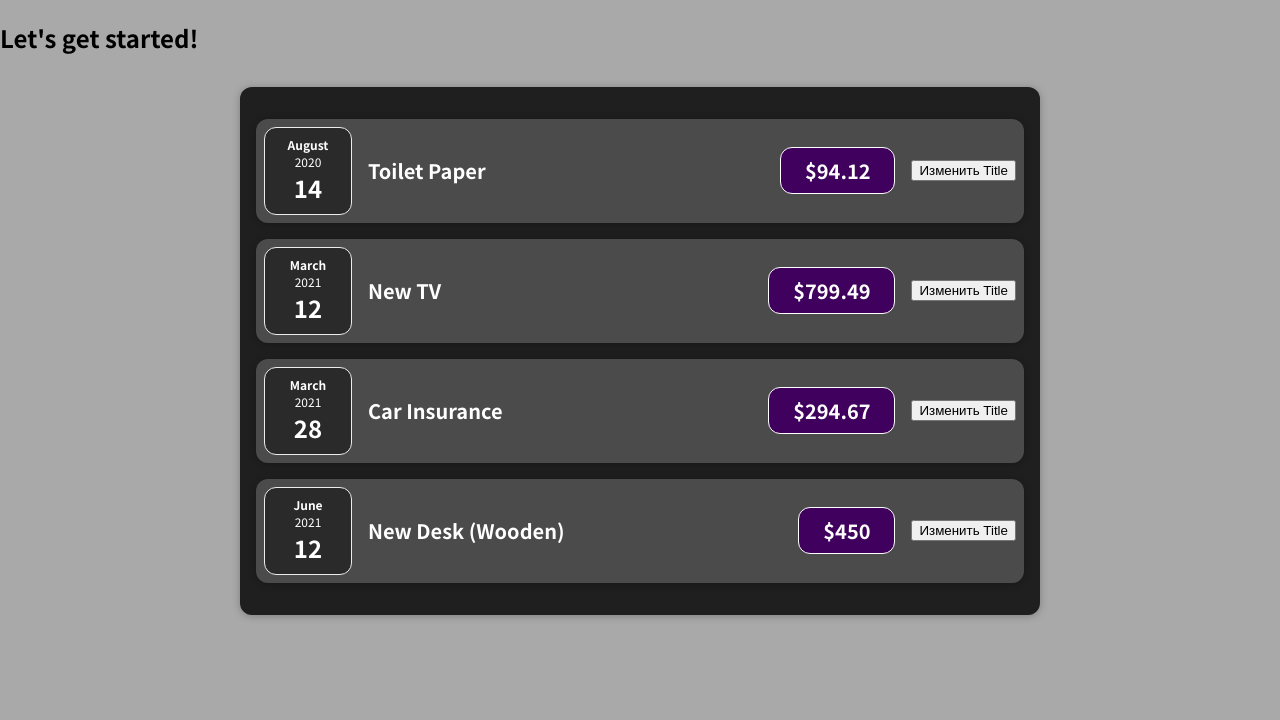
Repository: otvertka/MSC
Page: /
These files come from the project's save history. The page is drawn as it stood at one moment and after the next save; the edit follows.
The browser window is 1280 px wide. The pictures show the whole page.
The project was rebuilt for these pictures with package versions that can differ from the ones it lists, and the page was loaded fresh each time.

Above is the page before, as saved 2023-06-22 12:10:42.

### src/index.css
@import url("https://fonts.googleapis.com/css2?family=Noto+Sans+JP:wght@400;700&display=swap");

* {
  box-sizing: border-box;
}

html {
  font-family: "Noto Sans JP", sans-serif;
}

body {
  margin: 0;
  background-color: #aaa9a9;
}

### src/App.js
// import ExpenseItem from "./components/ExpenseItem";
import Expenses from "./components/Expenses/Expenses";
import React from "react";
import NewExpense from "./components/NewExpense/NewExpense";
// import Products from "./components/Products";

const App = () => {
  const expenses = [
    {
      id: "e1",
      title: "Toilet Paper",
      amount: 94.12,
      date: new Date(2020, 7, 14),
    },
    { id: "e2", title: "New TV", amount: 799.49, date: new Date(2021, 2, 12) },
    {
      id: "e3",
      title: "Car Insurance",
      amount: 294.67,
      date: new Date(2021, 2, 28),
    },
    {
      id: "e4",
      title: "New Desk (Wooden)",
      amount: 450,
      date: new Date(2021, 5, 12),
    },
  ];

  return (
    <div>
      <h2>Let's get started!</h2>
      <Expenses items={expenses} />
    </div>
  );
};

export default App;

### src/components/Expenses/Expenses.js
import React from "react";
import ExpenseItem from "./ExpenseItem";

import "./Expenses.css";
import Card from "../UI/Card";

const Expenses = (props) => {
  return (
    <Card className="expenses">
      <ExpenseItem
        title={props.items[0].title}
        amount={props.items[0].amount}
        date={props.items[0].date}
      />
      <ExpenseItem
        title={props.items[1].title}
        amount={props.items[1].amount}
        date={props.items[1].date}
      />
      <ExpenseItem
        title={props.items[2].title}
        amount={props.items[2].amount}
        date={props.items[2].date}
      />
      <ExpenseItem
        title={props.items[3].title}
        amount={props.items[3].amount}
        date={props.items[3].date}
      />
    </Card>
  );
};

export default Expenses;

### src/components/Expenses/ExpenseItem.js
import React, { useState } from "react";
import Card from "../UI/Card";
import ExpenseDate from "./ExpenseDate";
import "./ExpenseItem.css";

const ExpenseItem = (props) => {
  const [title, setTitle] = useState(props.title);
  console.log("ExpenseItem evaluated by React");

  const clickHandler = () => {
    setTitle("Обновили!");
  };
  return (
    //
    <Card className="expense-item">
      <ExpenseDate date={props.date} />
      <div className="expense-item__description">
        <h2>{title}</h2>
        <div className="expense-item__price">${props.amount}</div>
        <button onClick={clickHandler}>Изменить Title</button>
      </div>
    </Card>
  );
};

export default ExpenseItem;

### src/components/Expenses/ExpenseItem.css
.expense-item {
  display: flex;
  justify-content: space-between;
  align-items: center;
  padding: 0.5rem;
  margin: 1rem 0;
  background-color: #4b4b4b;
}

.expense-item__description {
  display: flex;
  flex-direction: column;
  gap: 1rem;
  align-items: flex-end;
  flex-flow: column-reverse;
  justify-content: flex-start;
  flex: 1;
}

.expense-item h2 {
  color: #3a3a3a;
  font-size: 1rem;
  flex: 1;
  margin: 0 1rem;
  color: white;
}

.expense-item__price {
  font-size: 1rem;
  font-weight: bold;
  color: white;
  background-color: #40005d;
  border: 1px solid white;
  padding: 0.5rem;
  border-radius: 12px;
}

@media (min-width: 580px) {
  .expense-item__description {
    flex-direction: row;
    align-items: center;
    justify-content: flex-start;
    flex: 1;
  }

  .expense-item__description h2 {
    font-size: 1.25rem;
  }

  .expense-item__price {
    font-size: 1.25rem;
    padding: 0.5rem 1.5rem;
  }
}

### src/components/NewExpense/NewExpense.js
import React from "react";
import ExpenseForm from "./ExpenseForm";

const NewExpense = () => {
  return (
    <div className="new-expense">
      <ExpenseForm />
    </div>
  );
};
export default NewExpense;

### src/components/NewExpense/ExpenseForm.js
import React from "react";
import "./ExpenseForm.css";

const ExpenseForm = () => {
  return (
    <div>
      <form>
        <div className="new-expense__controls">
          <div className="new-expense__control">
            <label>Title</label>
            <input type="text" />
          </div>
          <div className="new-expense__control">
            <label>Amount</label>
            <input type="number" min="0.01" step="0.01" />
          </div>
          <div className="new-expense__control">
            <label>Date</label>
            <input type="date" min="2019-01-01" max="2022-12-31" />
          </div>
        </div>
        <div className="new-expense__actions">
          <button type="submit">Add Expense</button>
        </div>
      </form>
    </div>
  );
};

export default ExpenseForm;

Loaded but not shown: public/index.html (common file); src/index.js (common file); src/components/Expenses/Expenses.css (common file); src/components/UI/Card.js (common file); src/components/Expenses/ExpenseDate.js (common file); src/components/UI/Card.css (common file); src/components/Expenses/ExpenseDate.css (common file); src/components/NewExpense/ExpenseForm.css (common file)

After the next save:
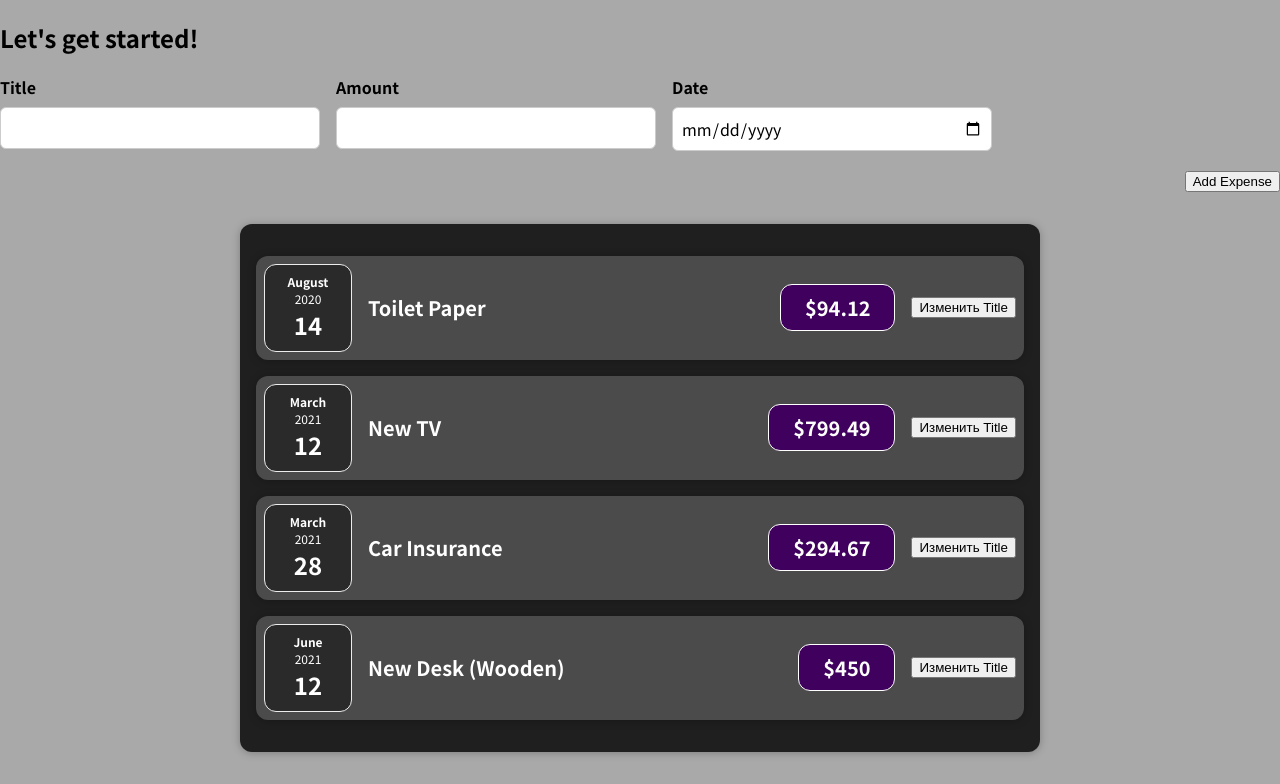
Saved 14 s later.
--- a/src/App.js
+++ b/src/App.js
@@ -30,6 +30,7 @@ const App = () => {
   return (
     <div>
       <h2>Let's get started!</h2>
+      <NewExpense />
       <Expenses items={expenses} />
     </div>
   );
